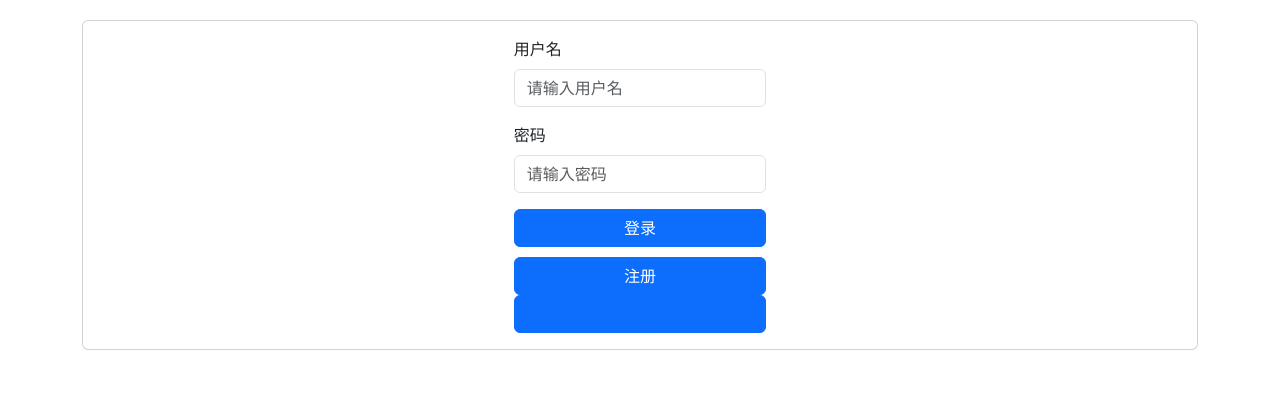
Repository: squawktop/CFS
Page: / (app in web/)
An editor plug-in stored every save of this project. The page is shown before and after the next save, followed by the edit.
The browser window is 1280 px wide. The pictures show the whole page.
The project was rebuilt for these pictures with package versions that can differ from the ones it lists, and the page was loaded fresh each time. Also part of the build but not shown: web/vue.config.js, web/src/views/RegisterView.vue, web/src/components/NavBar.vue, web/src/views/HomeView.vue, web/src/views/UsersManageView.vue, web/src/views/PersonalCenterView.vue, web/src/views/GoodsManageView.vue, web/src/views/OrdersManageView.vue and 1 more.

Above is the page before, as saved 2024-03-23 16:19:14.

### web/src/App.vue
<template>
  <RouterView></RouterView>
</template>

<script>


// 导入bootstrap
import "bootstrap/dist/css/bootstrap.min.css"
import "bootstrap/dist/js/bootstrap"
// import { ref } from "vue";

// import $ from 'jquery';
export default {
  components: {

  }
  ,
  setup() {
    // const user_id = ref("");
    // const username = ref("");
    // const password = ref("");

    // $.ajax({
    //   type: "get",
    //   url: "http://127.0.0.1:3000/user/getlist",
    //   success(resp) {
    //     user_id.value = resp[0].id;
    //     username.value = resp[0].username;
    //     password.value = resp[0].password;

    //   },
    //   error() {
    //     this.user_id = "error"
    //   }
    // })




    return {

    }
  }

}

</script>

<style></style>

### web/src/router/index.js
import { createRouter, createWebHistory } from 'vue-router'
// import HomeView from '../views/HomeView.vue'
import LoginView from '../views/LoginView.vue'
import RegisterView from '../views/RegisterView.vue'
import HomeView from '../views/HomeView.vue'
import UsersManageView from '../views/UsersManageView.vue'
import PersonalCenterView from '../views/PersonalCenterView.vue'
import GoodsManageView from '../views/GoodsManageView.vue'
import OrdersManageView from '../views/OrdersManageView.vue'
import NotFound from '../views/NotFoundView.vue'
import store from '@/store/index'

const routes = [
  {
    path: '/',
    name: 'home',
    component: HomeView,
    // redirect: "/user/register",
    meta: { //该页面是否需要授权      //随便写， 也可以设置为   flag : true;
      requestAuth: true,
    }
  },

  {
    path: '/user/login',
    name: 'user_login',
    component: LoginView,
    meta: {
      requestAuth: false,
    }
  },

  {
    path: '/user/register',
    name: 'user_register',
    component: RegisterView,
    meta: { //该页面是否需要授权
      requestAuth: false,
    }
  },
  {
    path: '/user/personalcenter',
    name: 'personal_center',
    component: PersonalCenterView,
    meta: { //该页面是否需要授权
      requestAuth: true,
    }
  },

  {
    path: '/user/usermanage',
    name: 'user_manage',
    component: UsersManageView,
    meta: { //该页面是否需要授权
      requestAuth: true,
    }
  }
  ,
  {
    path: '/goods/manege',
    name: 'goods_manage',
    component: GoodsManageView,
    meta: { //该页面是否需要授权
      requestAuth: true,
    }
  }, {
    path: '/orders/manege',
    name: 'orders_manage',
    component: OrdersManageView,
    meta: { //该页面是否需要授权
      requestAuth: true,
    }
  },


  {
    path: "/404/",
    name: "404",
    component: NotFound
  },
  {
    path: "/:catchAll(.*)",
    redirect: "/404/",  //页面重定向到404
  }
]

const router = createRouter({
  history: createWebHistory(),
  routes
})

router.beforeEach((to, from, next) => {
  if (to.meta.requestAuth && !store.state.user.is_login) {
    next({ name: "user_login" });
  } else {
    next();
  }
})

export default router

### web/src/store/index.js
import { createStore } from 'vuex'
import ModuleUser from '@/store/user'

export default createStore({
  state: {
  },
  getters: {
  },
  mutations: {
  },
  actions: {
  },
  modules: {
    user: ModuleUser,
  }
})

### web/src/views/LoginView.vue
<template>
    <ContentField v-if="!$store.state.user.pulling_info">
        <div class="row justify-content-md-center">
            <div class="col-3">
                <form @submit.prevent="login">
                    <div class="mb-3">
                        <label for="username" class="form-label">用户名</label>
                        <input v-model="username" type="text" class="form-control" id="username" placeholder="请输入用户名" />
                    </div>
                    <div class="mb-3">
                        <label for="password" class="form-label">密码</label>
                        <input v-model="password" type="password" class="form-control" id="password"
                            placeholder="请输入密码" />
                    </div>
                    <div class="error-message">{{ error_message }} </div>
                    <button type="submit" class="btn btn-primary">登录</button>
                    <button type="button" class="btn btn-primary" style="margin-top: 10px">注册</button>

                    <button type="button" class="btn btn-primary">
                        <router-link :to="{ name: 'user_register' }">
                            注册
                        </router-link>
                    </button>

                </form>
            </div>
        </div>
    </ContentField>

</template>

<script>
import ContentField from "@/components/ContentField.vue";
import { useStore } from "vuex"
import { ref } from "vue"
import router from "@/router/index";

export default {
    components: {
        ContentField,
    },
    setup() {
        const store = useStore();
        let username = ref('');
        let password = ref('');
        let error_message = ref('');


        const jwt_token = localStorage.getItem("jwt_token");
        if (jwt_token) {
            store.commit("updateToken", jwt_token);
            store.dispatch("getinfo", {
                success() {
                    router.push({ name: "home" });
                    store.commit("updatePullingInfo", false);
                }, error() {
                    store.commit("updatePullingInfo", false);
                }
            })
        } else {
            store.commit("updatePullingInfo", false);
        }




        const login = () => {
            error_message.value = "";
            store.dispatch("login", {
                username: username.value,
                password: password.value,
                success() {
                    store.dispatch("getinfo", {
                        success() {
                            router.push({ name: 'home' });
                        }
                    })

                },
                error() {
                    error_message.value = "用户名或密码错误";
                }
            })
        }

        return {
            username,
            password,
            error_message,
            login,

        }
    }
};
</script>

<style scoped>
button {
    width: 100%;
}

div.error-message {
    color: red;
}
</style>

### web/src/store/user.js
import router from '@/router';
import $ from 'jquery'
export default {
    state: {
        id: "",
        username: "",
        photo: "",
        token: "",
        is_login: false,
        pulling_info: true,
    },
    getters: {
    },
    mutations: {        //一般是用来修改数据的
        updateUser(state, user) {
            state.id = user.id;
            state.username = user.username;
            state.photo = user.photo;
            state.is_login = user.is_login;
        },
        updateToken(state, token) {
            state.token = token;
        },
        logout(state) {
            state.id = "";
            state.username = "";
            state.photo = "";
            state.token = "";
            state.is_login = false;
            router.push({ name: "user_login" });
        },
        updatePullingInfo(state, pulling_info) {
            state.pulling_info = pulling_info;
        },
    },

    actions: {

        login(context, data) {
            $.ajax({
                url: "http://127.0.0.1:3000/api/user/account/token/",
                type: "post",
                data: {
                    username: data.username,
                    password: data.password,
                },
                success(resp) {
                    if (resp.error_message === "success") {
                        localStorage.setItem("jwt_token", resp.token);
                        context.commit("updateToken", resp.token);
                        data.success(resp);
                    } else {
                        data.error(resp);
                    }
                },
                error(resp) {
                    data.error(resp)
                },
            });
        },
        getinfo(context, data) {
            $.ajax({
                url: "http://127.0.0.1:3000/api/user/account/info/",
                type: "get",
                headers: {
                    Authorization:
                        "Bearer " + context.state.token,
                },
                success(resp) {
                    if (resp.error_message === "success") {
                        // console.log(resp);
                        context.commit("updateUser", {
                            ...resp,
                            is_login: true,

                        });
                        data.success(resp);
                    } else {
                        data.success(resp);
                    }

                },
                error(resp) {
                    data.error(resp);
                },
            });

        },
        logout(context) {
            localStorage.removeItem("jwt_token");
            context.commit("logout")
        }
    },
    modules: {
    }
}

### web/src/components/ContentField.vue
<template>
    <div class="container content-field">
        <div class="card">
            <div class="card-body">
                <slot></slot>
            </div>
        </div>
    </div>
</template>

<script>
</script>

<style scoped>
div.content-field {
    margin-top: 20px;
}
</style>

Loaded but not shown: web/public/index.html (common file); web/src/main.js (common file)

After the next save:
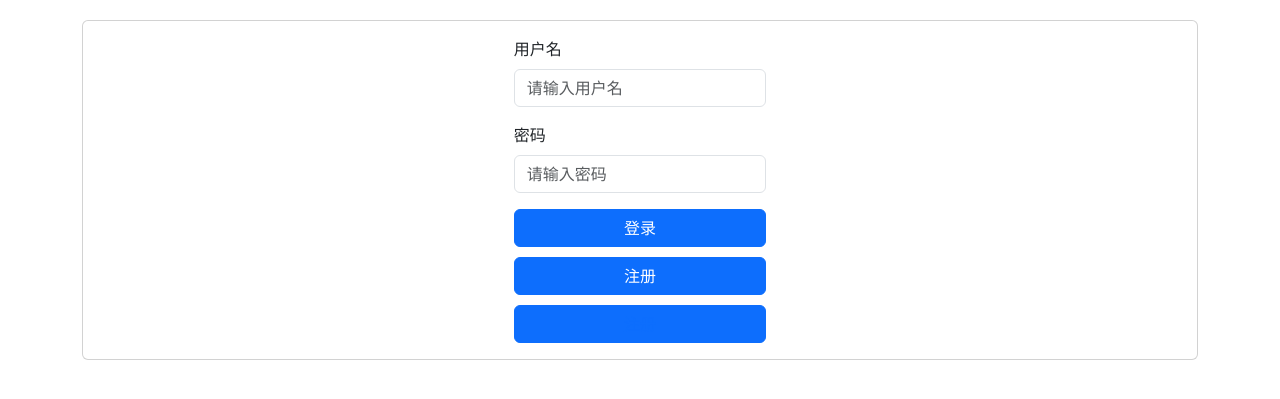
Saved 7 s later.
--- a/web/src/views/LoginView.vue
+++ b/web/src/views/LoginView.vue
@@ -16,7 +16,7 @@
                     <button type="submit" class="btn btn-primary">登录</button>
                     <button type="button" class="btn btn-primary" style="margin-top: 10px">注册</button>
 
-                    <button type="button" class="btn btn-primary">
+                    <button type="button" class="btn btn-primary" style="margin-top: 10px">
                         <router-link :to="{ name: 'user_register' }">
                             注册
                         </router-link>
